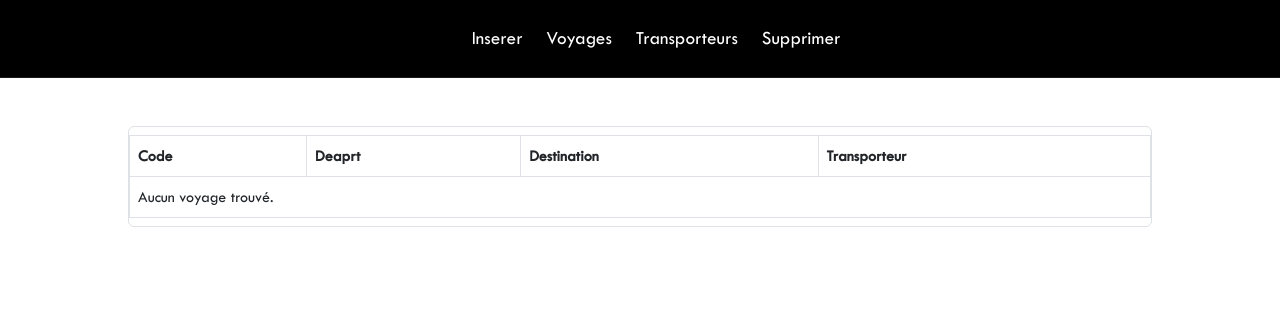
Repository: padevft/examen1-php
Page: http://localhost/server/pages/voyages.php
The author's editor kept a copy of each file at every save. The page is drawn from the files as they stood at one save, then again after the next save.
The browser window is 1280 px wide. The pictures show the whole page.
The page is run by PHP 8.4 with error messages shown; the project is at /var/www/html/.

Above is the page before, as saved 2023-10-10 23:22:59.

After the next save:
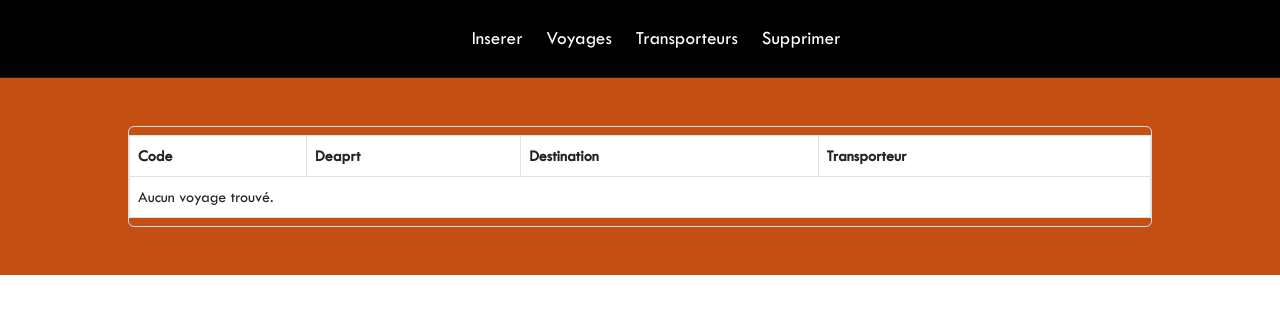
Saved 39 s later.
--- a/client/css/styles.css
+++ b/client/css/styles.css
@@ -89,4 +89,5 @@ header ul {
 }
 .voyages{
   padding: 3rem 8rem;
+  background-color: #c54f13;
 }
